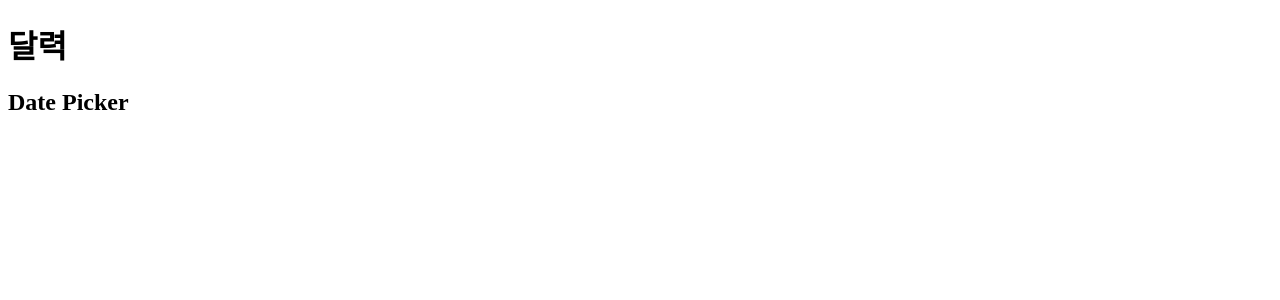
Repository: jeongho97/JQuery
Page: picker/WebContent/index.html
The author's editor kept a copy of each file at every save. The page is drawn from the files as they stood at one save, then again after the next save.
The browser window is 1280 px wide. The pictures show the whole page.

Above is the page before, as saved 2022-05-13 06:18:50.

After the next save:
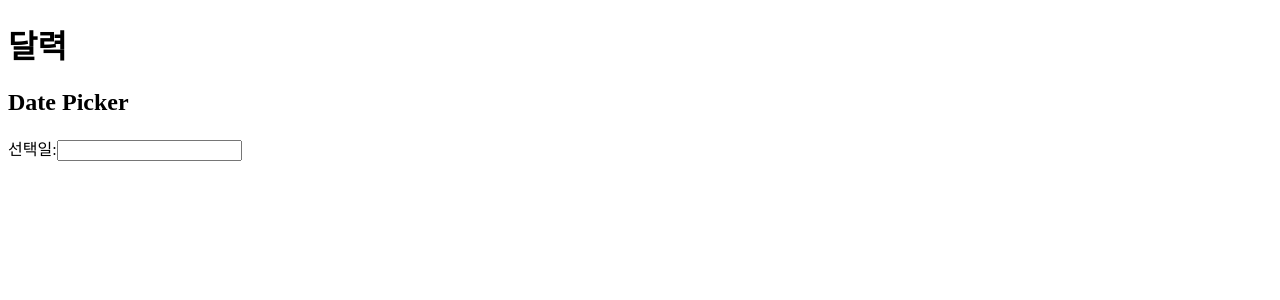
Saved 34 s later.
--- a/picker/WebContent/index.html
+++ b/picker/WebContent/index.html
@@ -16,5 +16,7 @@
 <h1>달력</h1>
 <h2>Date Picker</h2>
 
+<p>선택일:<input type="text" id="date"></p>
+
 </body>
 </html>
